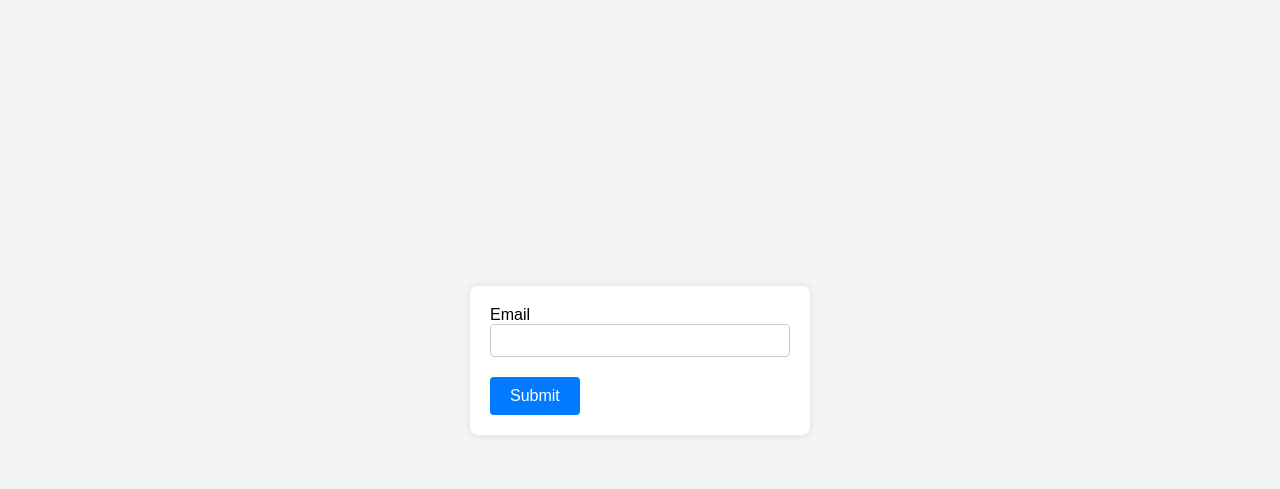
Repository: Ndifoinhilary/authentication
Page: http://localhost/auth/login/
The author's editor kept a copy of each file at every save. The page is drawn from the files as they stood at one save, then again after the next save.
The browser window is 1280 px wide. The pictures show the whole page.
The page is served by the project's application, run on Django 3.2 (manage.py).

Above is the page before, as saved 2024-01-05 15:52:33.

After the next save:
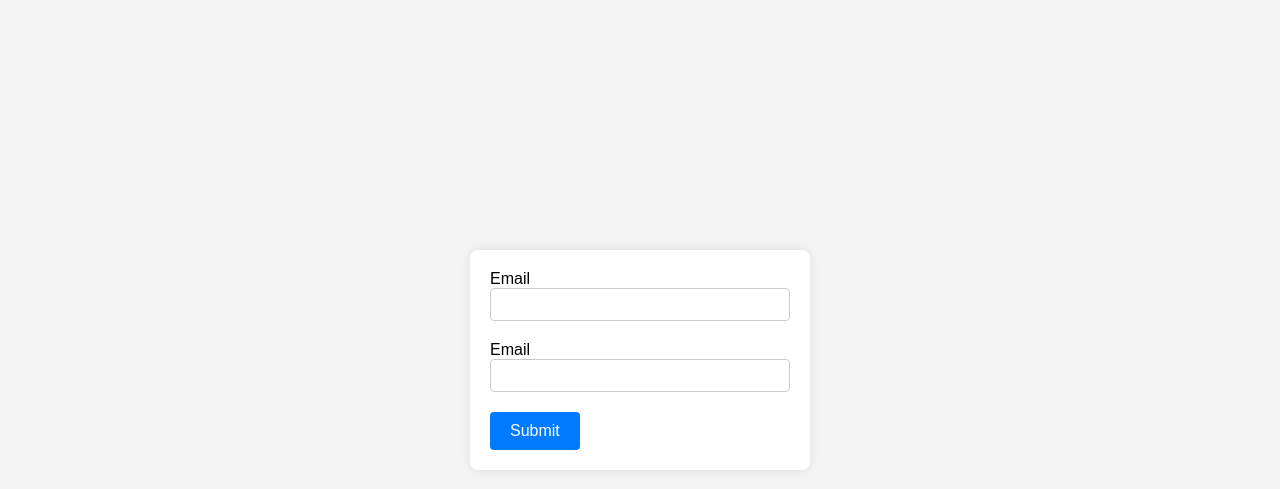
Saved 49 s later.
--- a/Auth/templates/login.html
+++ b/Auth/templates/login.html
@@ -69,6 +69,10 @@
          <lable class="lable">Email</lable>
          <input type="email" class="form-control mb4">
         </div>
+        <div class="input">
+            <lable class="lable">Email</lable>
+            <input type="email" class="form-control mb4">
+           </div>
          <button type="submit" class="btn">Submit</button>
 
     </form>
